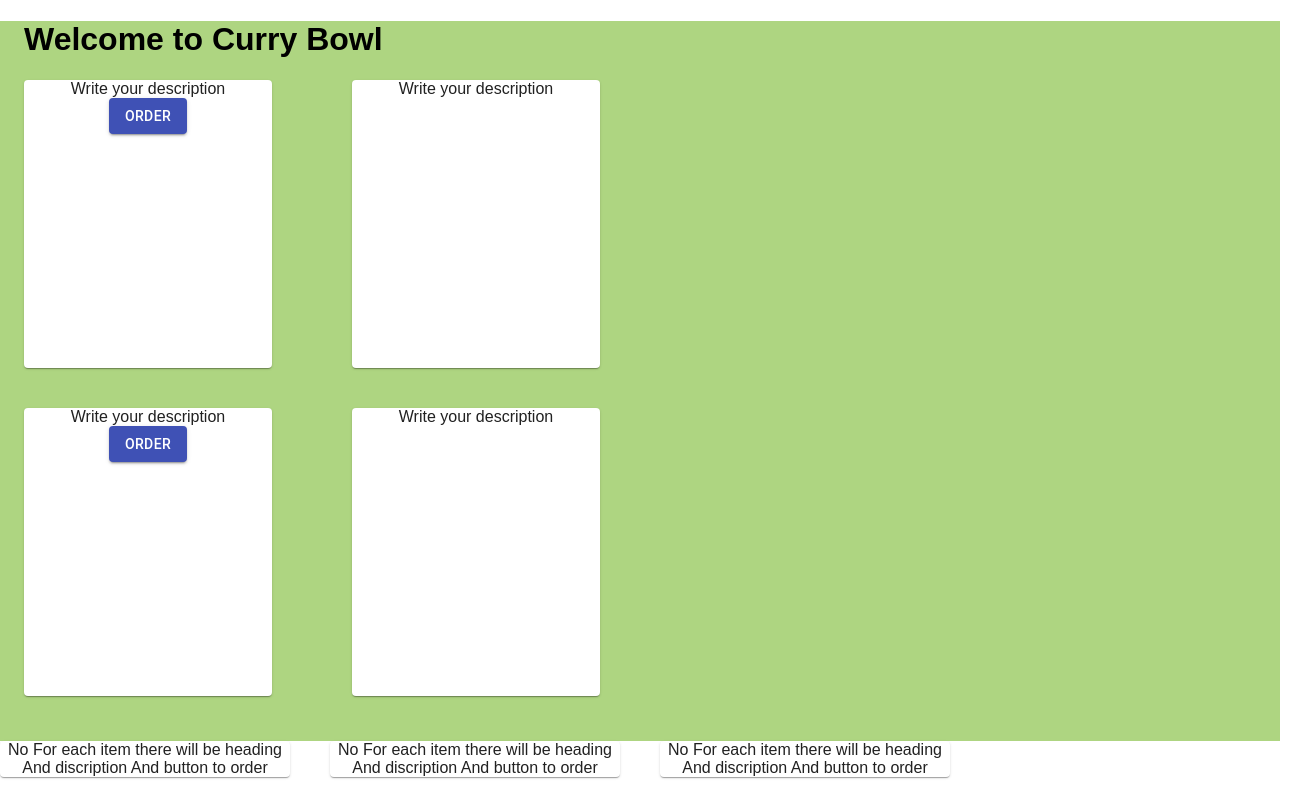
Repository: appikonda/food-order
Page: /, after clicking the first element matching `button.MuiButtonBase-root`
An editor plug-in stored every save of this project. The page is shown before and after the next save, followed by the edit.
The browser window is 1280 px wide. The page is 1300 px wide, so the pictures cover 1300 px, including what lies to the right of the window. The pictures show the whole page.
The project was rebuilt for these pictures with package versions that can differ from the ones it lists, and the page was loaded fresh each time. Also part of the build but not shown: webpack.config.js, src/App.css.

Above is the page before, as saved 2019-08-15 17:19:55.

### src/App.js
import React, { Component } from 'react';
import logo from './logo.svg';
import './App.css';
import OrderFood from './OrderFood.jsx'
class App extends Component {
  render() {
    return (
      <div>

           <OrderFood/>


    </div>
    );
  }
}

export default App;

### src/OrderFood.jsx
import React, { Component } from 'react';

import Typography from '@material-ui/core/Typography';
import Container from '@material-ui/core/Container';
import ExpansionPanel from '@material-ui/core/ExpansionPanel';
import ExpansionPanelDetails from '@material-ui/core/ExpansionPanelDetails';
import ExpansionPanelSummary from '@material-ui/core/ExpansionPanelSummary';
import Iframe from 'react-iframe'
import Grid from '@material-ui/core/Grid';
import { makeStyles  } from '@material-ui/core/styles';
import Button from '@material-ui/core/Button';


import Paper from '@material-ui/core/Paper';



class OrderFood extends Component {


  render() {
    return (
      <div >

      <Container  fixed style={{ backgroundColor: '#aed581', height: '100vh' }}>
      <h1>Welcome to Curry Bowl</h1>
      <Grid container spacing={10}>

        <Grid item xs={6} sm={3}  >
          <Paper style={{  textAlign: 'center',  color: '#212121', height: '40vh'  }}>
             Write your description
             <br/>
             <Button variant="contained" color="primary">
        Order
      </Button>

          </Paper>
        </Grid>
        <Grid item xs={6} sm={3} >
          <Paper style={{  textAlign: 'center',  color: '#212121', height: '40vh'  }}>
             Write your description

          </Paper>
        </Grid>


  </Grid>
  <Grid container spacing={10}>

        <Grid item xs={6} sm={3}  >
          <Paper style={{  textAlign: 'center',  color: '#212121', height: '40vh'  }}>
             Write your description
             <br/>
             <Button variant="contained" color="primary">
        Order
      </Button>

          </Paper>
        </Grid>
        <Grid item xs={6} sm={3} >
          <Paper style={{  textAlign: 'center',  color: '#212121', height: '40vh'  }}>
             Write your description

          </Paper>
        </Grid>


  </Grid>



      </Container>
      {this.renderGridOptions()}



      </div>
    );
  }
//One for biryani orders // 6.99
//One for one curry options// 5.99/
//One for 2 curry options //6.99
//One for full plate options //8.99

renderGridOptions(){

  return (
    <div >
    <Grid container spacing={5}>

        <Grid item xs={6} sm={3}  >
          <Paper style={{      textAlign: 'center',      color: '#212121'  }}>No   For each item there will be heading
  And discription
  And button to order</Paper>
        </Grid>
        <Grid item xs={6} sm={3} >
          <Paper style={{  textAlign: 'center',  color: '#212121'  }}>
        No
  For each item there will be heading
  And discription
  And button to order</Paper>
        </Grid>
        <Grid item xs={6} sm={3}>
          <Paper style={{

  textAlign: 'center',
  color: '#212121'
  }}>No
  For each item there will be heading
  And discription
  And button to order</Paper>
        </Grid>

  </Grid>
  </div>
  );

}


renderOptions(){



  return(
    <div>
      <ExpansionPanel  >
        <ExpansionPanelSummary
          aria-controls="panel1bh-content"
          id="panel1bh-header"
        ><b>Order Biryani</b>


        </ExpansionPanelSummary>
        <ExpansionPanelDetails>

          <Iframe url="https://docs.google.com/forms/d/e/1FAIpQLSdyKr7HLqYcw9uLIflgbRmy-7WHtb8fDuJuym8K5pYcW45q3g/viewform"
         width="900px"
         height="600px"
            />

        </ExpansionPanelDetails>
      </ExpansionPanel>
      <ExpansionPanel >
        <ExpansionPanelSummary

          aria-controls="panel2bh-content"
          id="panel2bh-header"
        >
          Order One Curry Plate

        </ExpansionPanelSummary>
        <ExpansionPanelDetails>
          <Typography>
          Linkk to add One Curry Plate
          </Typography>
        </ExpansionPanelDetails>
      </ExpansionPanel>
      <ExpansionPanel  >
        <ExpansionPanelSummary

          aria-controls="panel3bh-content"
          id="panel3bh-header"
        >
          Order two Curry Plate
        </ExpansionPanelSummary>
        <ExpansionPanelDetails>
          <Typography>
          Linkk to add two curries plaues
          </Typography>
        </ExpansionPanelDetails>
      </ExpansionPanel>
      <ExpansionPanel >
        <ExpansionPanelSummary

          aria-controls="panel4bh-content"
          id="panel4bh-header"
        >
          <Typography>Full Plate </Typography>
        </ExpansionPanelSummary>
        <ExpansionPanelDetails>
          <Typography>
            Nunc vitae orci ultricies, auctor nunc in, volutpat nisl. Integer sit amet egestas eros,
            vitae egestas augue. Duis vel est augue.
          </Typography>
        </ExpansionPanelDetails>
      </ExpansionPanel>
    </div>
  );


}


}

export default OrderFood;

Loaded but not shown: public/index.html (common file); src/index.js (common file); src/index.css (common file)

After the next save:
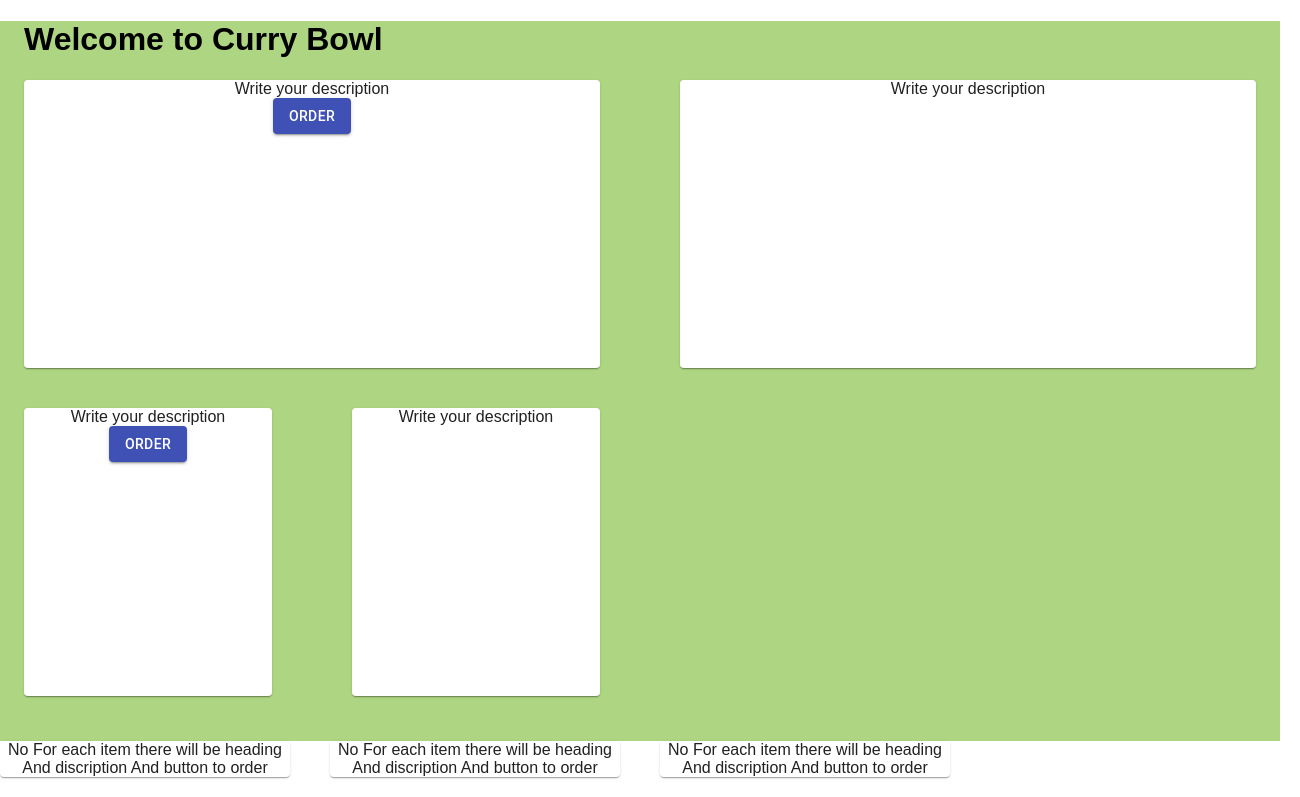
Saved 10 s later.
--- a/src/OrderFood.jsx
+++ b/src/OrderFood.jsx
@@ -26,7 +26,7 @@ class OrderFood extends Component {
       <h1>Welcome to Curry Bowl</h1>
       <Grid container spacing={10}>
 
-        <Grid item xs={6} sm={3}  >
+        <Grid item xs={6} sm={6}  >
           <Paper style={{  textAlign: 'center',  color: '#212121', height: '40vh'  }}>
              Write your description
              <br/>
@@ -36,7 +36,7 @@ class OrderFood extends Component {
 
           </Paper>
         </Grid>
-        <Grid item xs={6} sm={3} >
+        <Grid item xs={6} sm={6} >
           <Paper style={{  textAlign: 'center',  color: '#212121', height: '40vh'  }}>
              Write your description
 
